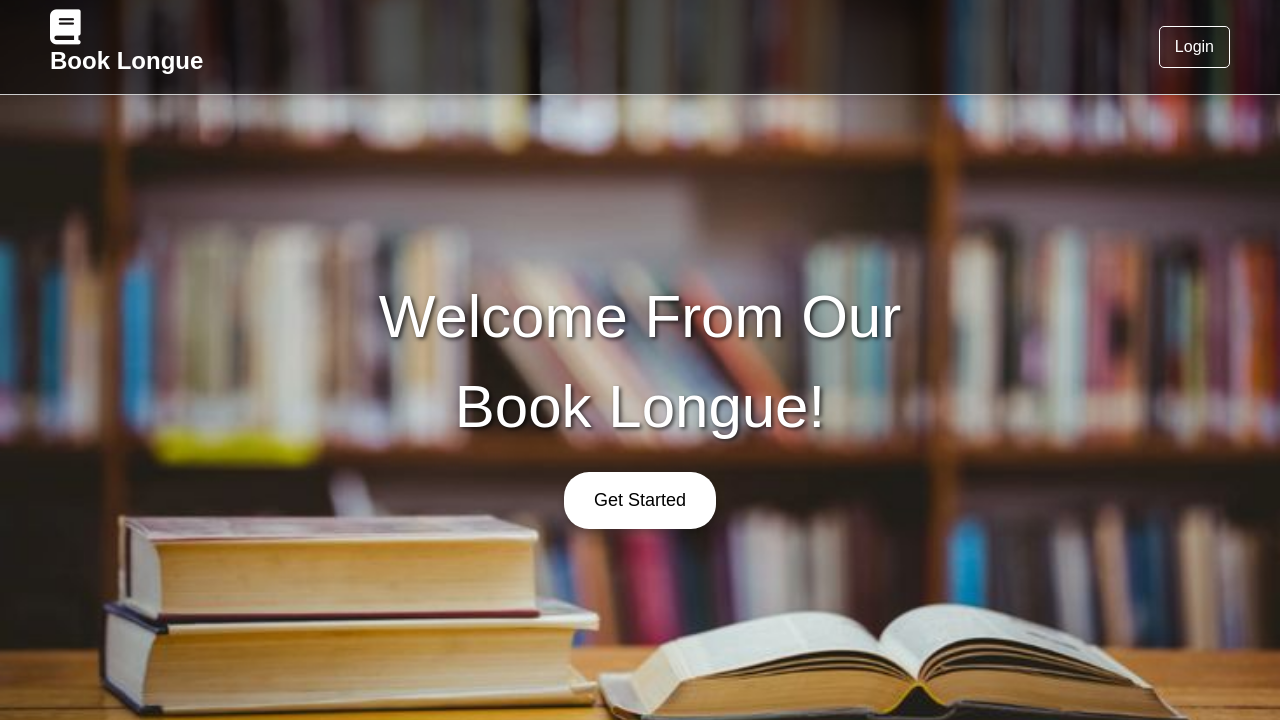
Repository: moehaymanmyint/Book-Longue-Web-System
Page: pages /GetStarted.html
The author's editor kept a copy of each file at every save. The page is drawn from the files as they stood at one save, then again after the next save.
The browser window is 1280 px wide. The pictures show the whole page.

Above is the page before, as saved 2024-12-21 20:31:00.

### pages /GetStarted.html
<!DOCTYPE html>
<html lang="en">
<head>
    <meta charset="UTF-8">
    <meta name="viewport" content="width=device-width, initial-scale=1.0">
    <title>Book Longue - Get Started</title>
    <link href="https://cdn.jsdelivr.net/npm/bootstrap@5.3.3/dist/css/bootstrap.min.css" rel="stylesheet" integrity="sha384-QWTKZyjpPEjISv5WaRU9OFeRpok6YctnYmDr5pNlyT2bRjXh0JMhjY6hW+ALEwIH" crossorigin="anonymous">
    <script src="https://cdn.jsdelivr.net/npm/bootstrap@5.3.3/dist/js/bootstrap.bundle.min.js" integrity="sha384-YvpcrYf0tY3lHB60NNkmXc5s9fDVZLESaAA55NDzOxhy9GkcIdslK1eN7N6jIeHz" crossorigin="anonymous"></script>
    <link rel="stylesheet" href="../style/GetStarted.css">
    <link rel="stylesheet" href="https://cdnjs.cloudflare.com/ajax/libs/font-awesome/6.7.2/css/all.min.css" integrity="sha512-Evv84Mr4kqVGRNSgIGL/F/aIDqQb7xQ2vcrdIwxfjThSH8CSR7PBEakCr51Ck+w+/U6swU2Im1vVX0SVk9ABhg==" crossorigin="anonymous" referrerpolicy="no-referrer" />
</head>
<body>
    <div class="nav-bar">
        <div class="left">
            <i class="fa-solid fa-book"></i>
            <h1>Book Longue</h1>
        </div>
        <div class="right">
            <button type="button" class="btn btn-light">Login</button>
        </div>
    </div>
    <div class="content">
        <h1>Welcome From Our<br>Book Longue!</h1>
        <button type="button" class="btn btn-light">Get Started</button>
    </div>
</body>
</html>

### style/GetStarted.css
body {
    background-image: url(../src/GetStart-bg.jpg);
    background-size: cover;
    background-repeat: no-repeat;
    background-position: center;
    height: 100vh;
    color: #ffffff;
    font-family: 'Arial', sans-serif;
    margin: 0;
}

.nav-bar {
    display: flex;
    justify-content: space-between;
    align-items: center;
    padding: 10px 50px;
    background-color: rgba(0, 0, 0, 0.6);
    border-bottom: 1px solid #ccc;
    position: fixed;
    width: 100%;
    z-index: 10;
    box-shadow: 0px 4px 6px rgba(0, 0, 0, 0.1);
}

.nav-bar .left i {
    font-size: 35px;
    margin-right: 10px;
    color: #fff;
}

.nav-bar h1 {
    font-size: 24px;
    color: #fff;
    font-weight: bold;
}

.nav-bar button {
    border: 1px solid #fff;
    background-color: transparent;
    color: #fff;
    padding: 8px 15px;
    border-radius: 5px;
    cursor: pointer;
    transition: 0.3s;
}

.nav-bar button:hover {
    background-color: #fff;
    color: #000;
}

.content {
    display: flex;
    flex-direction: column;
    align-items: center;
    justify-content: center;
    text-align: center;
    height: 100%;
    padding-top: 60px;
}

.content h1 {
    font-size: 60px;
    text-align: center;
    line-height: 1.5;
    margin: 20px 0;
    color: #ffffff;
    text-shadow: 2px 2px 4px rgba(0, 0, 0, 0.7);
}
.content button {
    border: none;
    padding: 15px 30px;
    font-size: 18px;
    color: #000;
    background-color: #fff;
    border-radius: 25px;
    cursor: pointer;
    box-shadow: 0px 4px 6px rgba(0, 0, 0, 0.2);
    transition: 0.3s;
}

.content button:hover {
    background-color: #9d2f2f;
    color: #fff;
    transform: translateY(-2px);
}

After the next save:
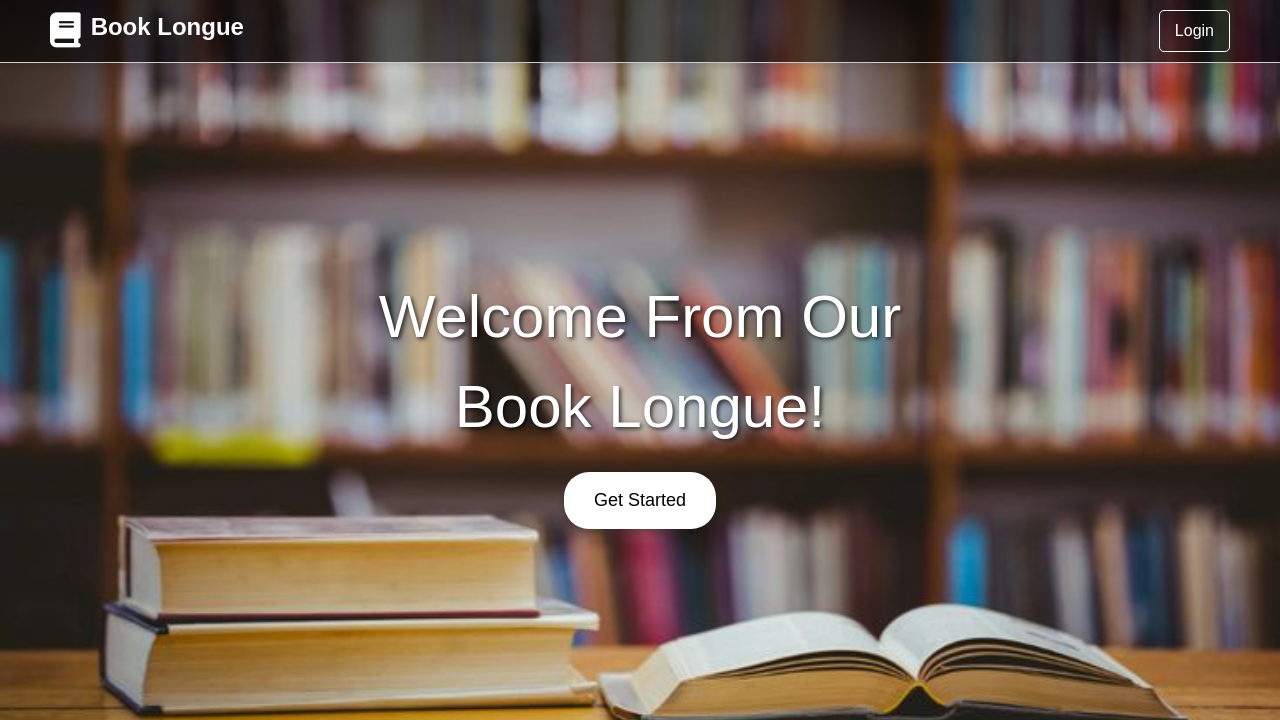
Saved 76 s later.
--- a/style/GetStarted.css
+++ b/style/GetStarted.css
@@ -20,6 +20,10 @@ body {
     width: 100%;
     z-index: 10;
     box-shadow: 0px 4px 6px rgba(0, 0, 0, 0.1);
+}
+
+.nav-bar .left{
+    display: flex;
 }
 
 .nav-bar .left i {
